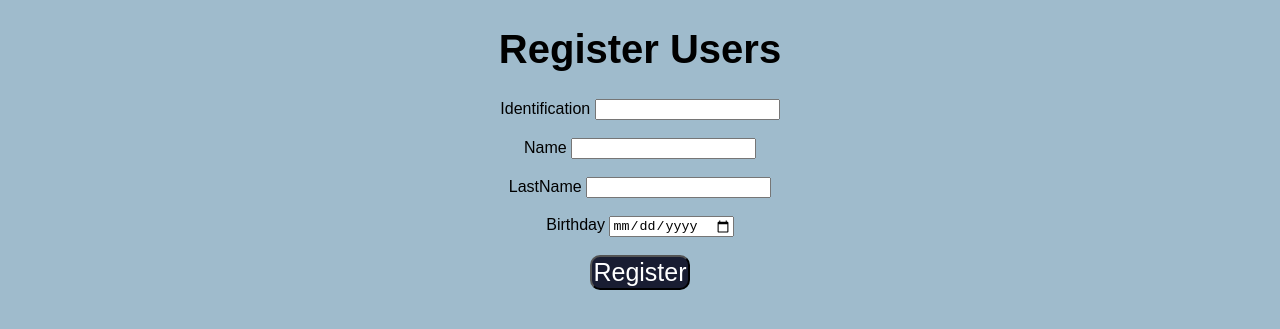
Repository: dimhernandezca/app-arquitectura-enlanube
Page: templates/register.html
The author's editor kept a record of every edit. The page is drawn from the files as they stood at one moment, then again after the next edit.
The browser window is 1280 px wide. The pictures show the whole page.

Above is the page before.

After the next edit:
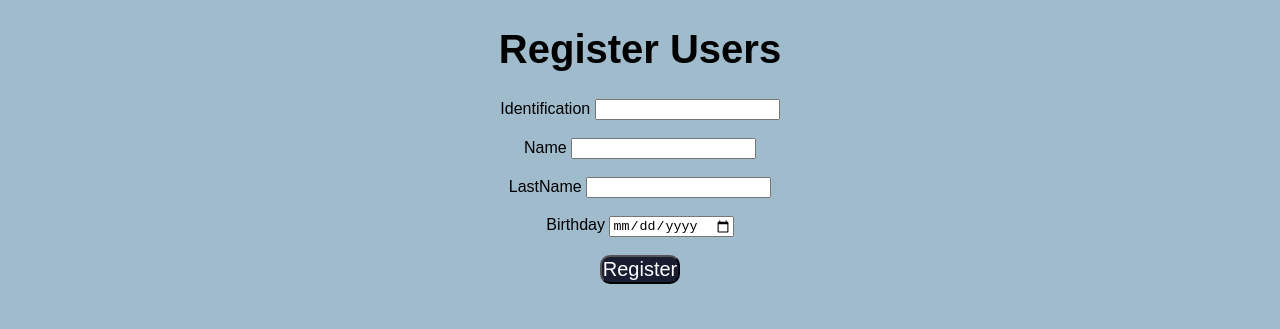
The edit:
--- a/static/css/styleRegister.css
+++ b/static/css/styleRegister.css
@@ -9,7 +9,7 @@
     justify-content: center;
 }
 button {
-    font-size: 25px;
+    font-size: 20px;
     background-color: #191D32;
     color: white;
     border-radius: 10px;
